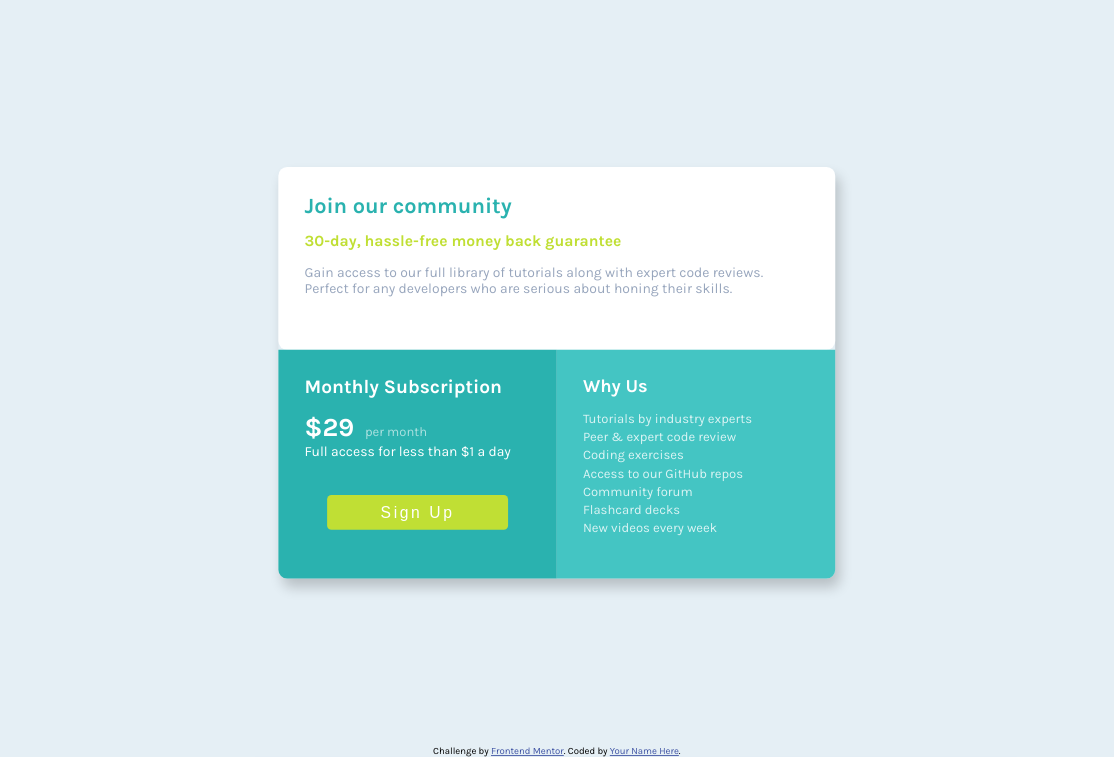
Repository: Pedrohamoura-Git/Frontend-Mentor-Challenges
Page: Newbie/single-price-grid-component-master/index.html
These files come from the project's save history. The page is drawn as it stood at one moment and after the next save; the edit follows.
The browser window is 1280 px wide. The pictures show the whole page, at 87% of full size.

Above is the page before, as saved 2021-05-31 16:02:55.

After the next save:
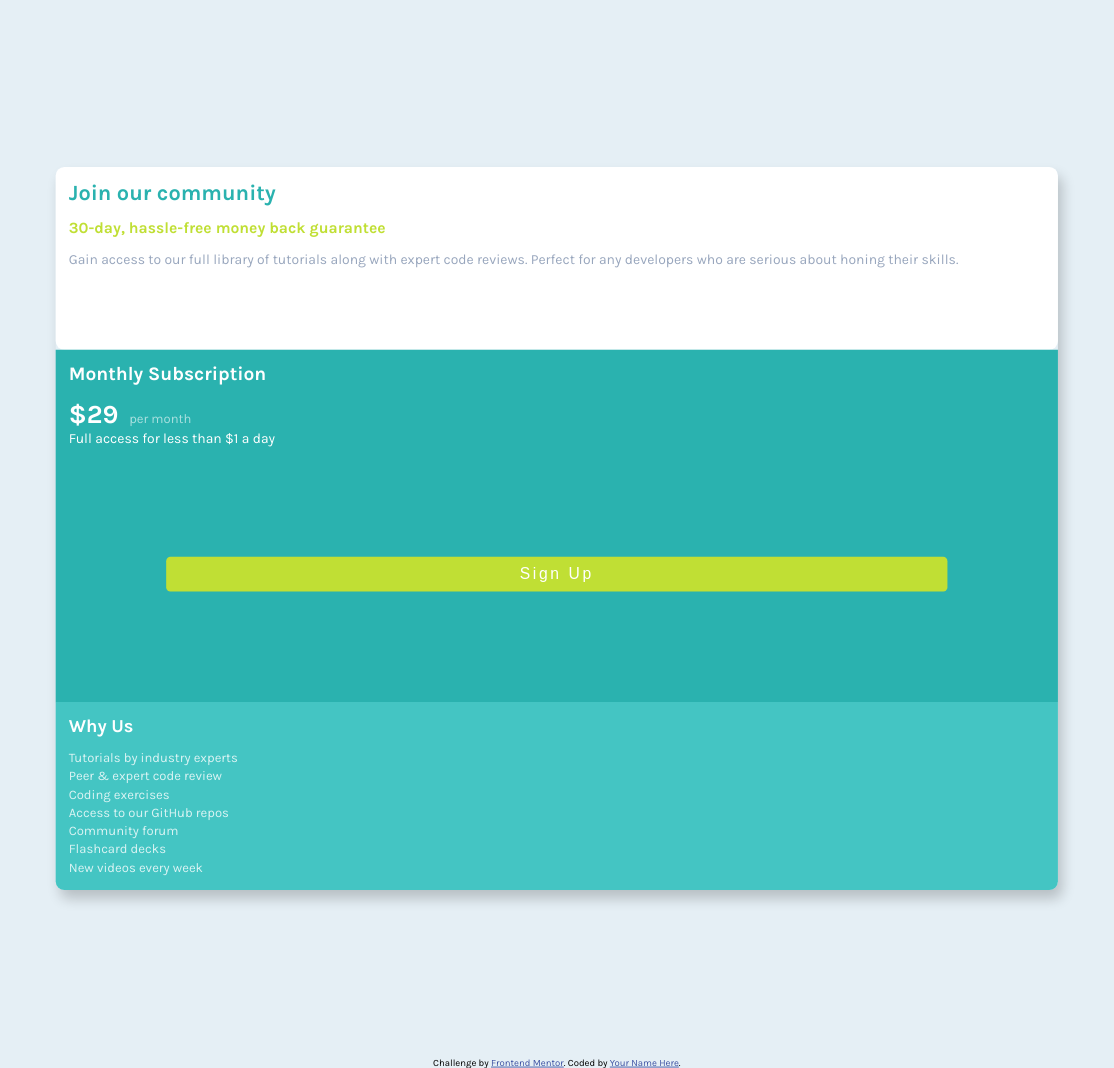
Saved 3 min 2 s later.
--- a/Newbie/single-price-grid-component-master/css/style.css
+++ b/Newbie/single-price-grid-component-master/css/style.css
@@ -143,7 +143,7 @@
     /*
     ** Tablets & Desktops
     */
-        @media (min-width: 600px) {
+        @media (min-width: 7680px) {
             #wrapper {
                 display: block;
                 max-width: 640px;

After the save that followed:
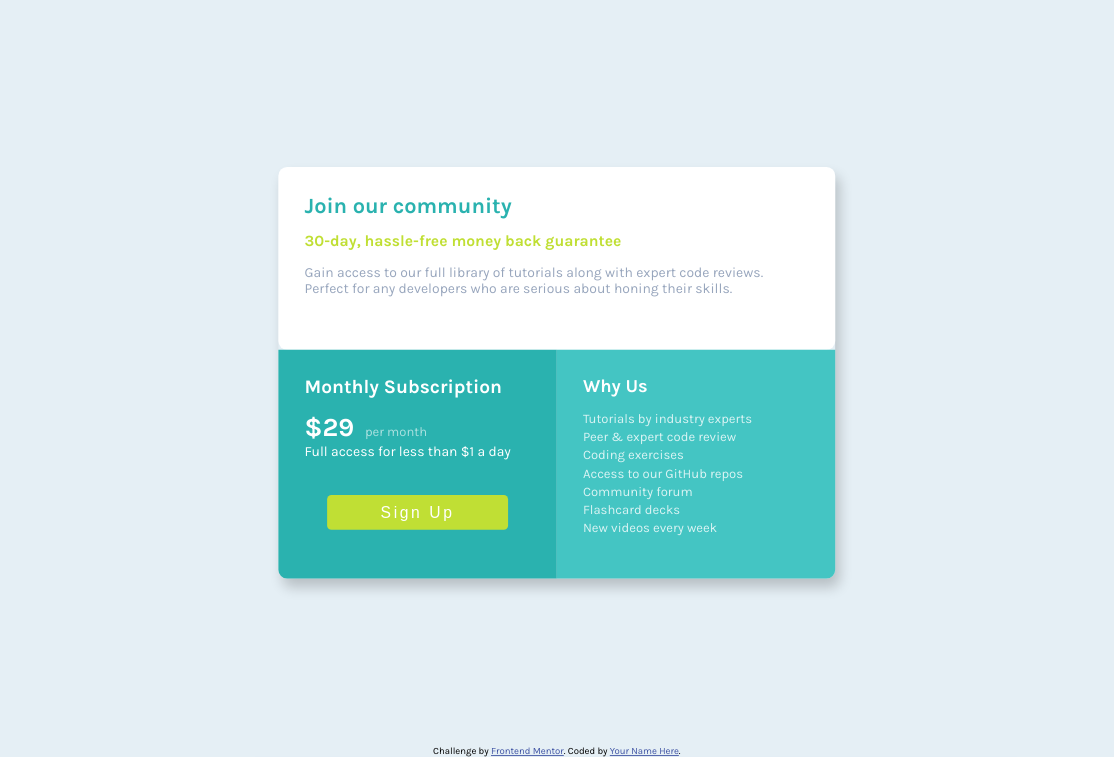
Saved 3 s later.
--- a/Newbie/single-price-grid-component-master/css/style.css
+++ b/Newbie/single-price-grid-component-master/css/style.css
@@ -143,7 +143,7 @@
     /*
     ** Tablets & Desktops
     */
-        @media (min-width: 7680px) {
+        @media (min-width: 768px) {
             #wrapper {
                 display: block;
                 max-width: 640px;
